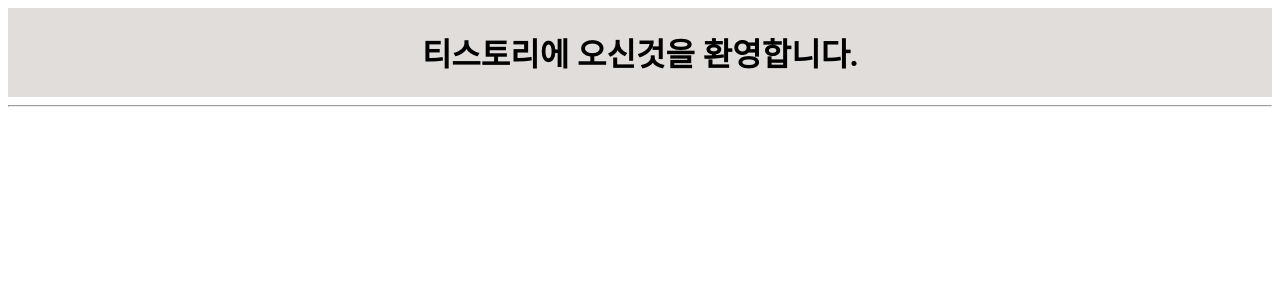
Repository: WonmoLee/blog-3.0v
Page: http://localhost/blog/home.jsp
These files come from the project's save history. The page is drawn as it stood at one moment and after the next save; the edit follows.
The browser window is 1280 px wide. The pictures show the whole page.
The page is served by Tomcat 9. Other server files are loaded and not shown.

Above is the page before, as saved 2020-06-18 08:07:01.

### blog/WebContent/home.jsp
<%@ page language="java" contentType="text/html; charset=UTF-8"
    pageEncoding="UTF-8"%>
<!DOCTYPE html>
<html>
<head>
<meta charset="UTF-8">
<title>Tistory</title>
<link rel="stylesheet" href="/apple/static/css/style.css" />
</head>
<body>
<header>
	<h1>티스토리에 오신것을 환영합니다.</h1>
</header>
<hr/>
</body>
</html>

### blog/WebContent/static/css/style.css
header {
	display: grid;
	justify-content: center;
	background-color: #e1dddb;
}

nav {
	display: grid;
	grid-template-columns: auto auto;
	grid-gap: 10px;
	justify-content: center;
}

section {
	display: grid;
	justify-content: center;
	margin: 20px;
}

footer {
	display: grid;
	justify-content: center;
	background-color: #e1dddb;
}

After the next save:
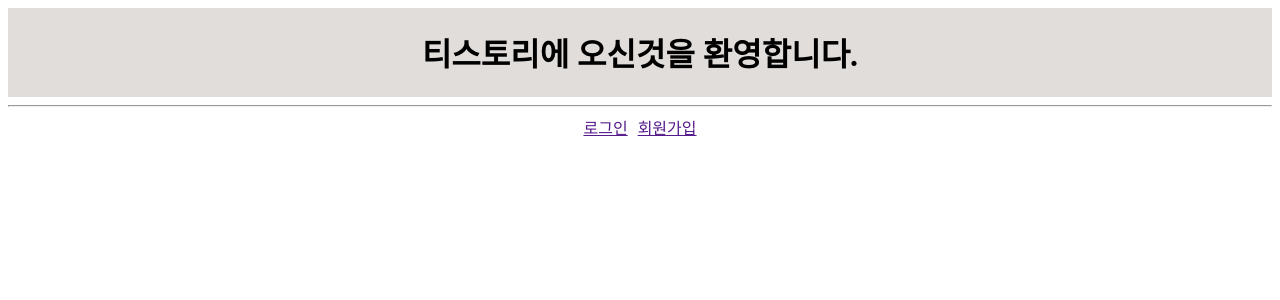
Saved 61 s later.
--- a/blog/WebContent/home.jsp
+++ b/blog/WebContent/home.jsp
@@ -12,5 +12,9 @@
 	<h1>티스토리에 오신것을 환영합니다.</h1>
 </header>
 <hr/>
+<nav>
+	<a href="">로그인</a>
+	<a href="">회원가입</a>
+</nav>
 </body>
 </html>
